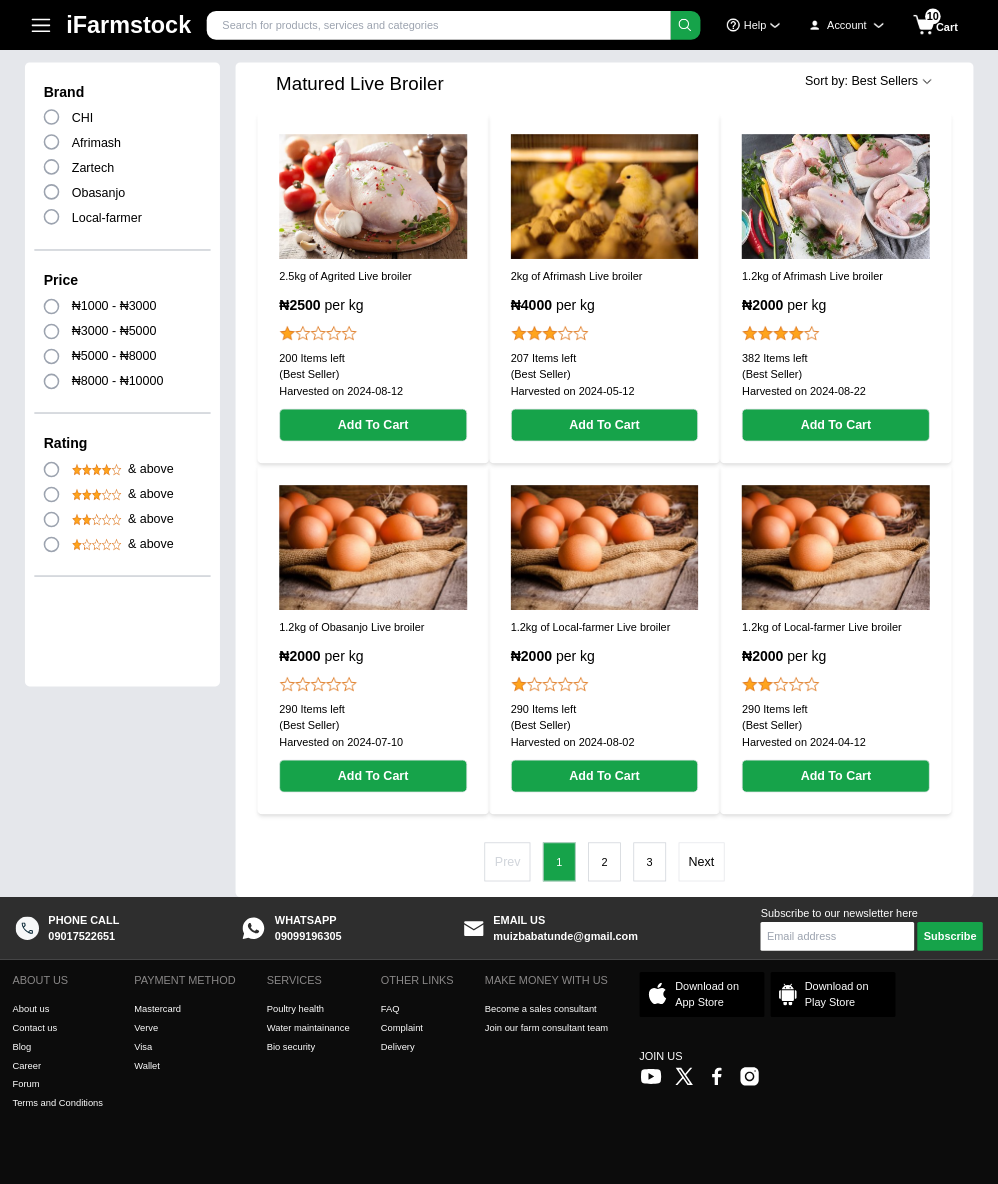
Repository: IssaMuiz/ifarmstock
Page: /matured-broiler
An editor plug-in stored every save of this project. The page is shown before and after the next save, followed by the edit.
The browser window is 1280 px wide. The pictures show the whole page, at 78% of full size.
The project was rebuilt for these pictures with package versions that can differ from the ones it lists, and the page was loaded fresh each time. The framework's server and built-in components were replaced by stand-ins that run in the browser. Also part of the build but not shown: next.config.mjs.

Above is the page before, as saved 2024-09-11 15:13:30.

After the next save:
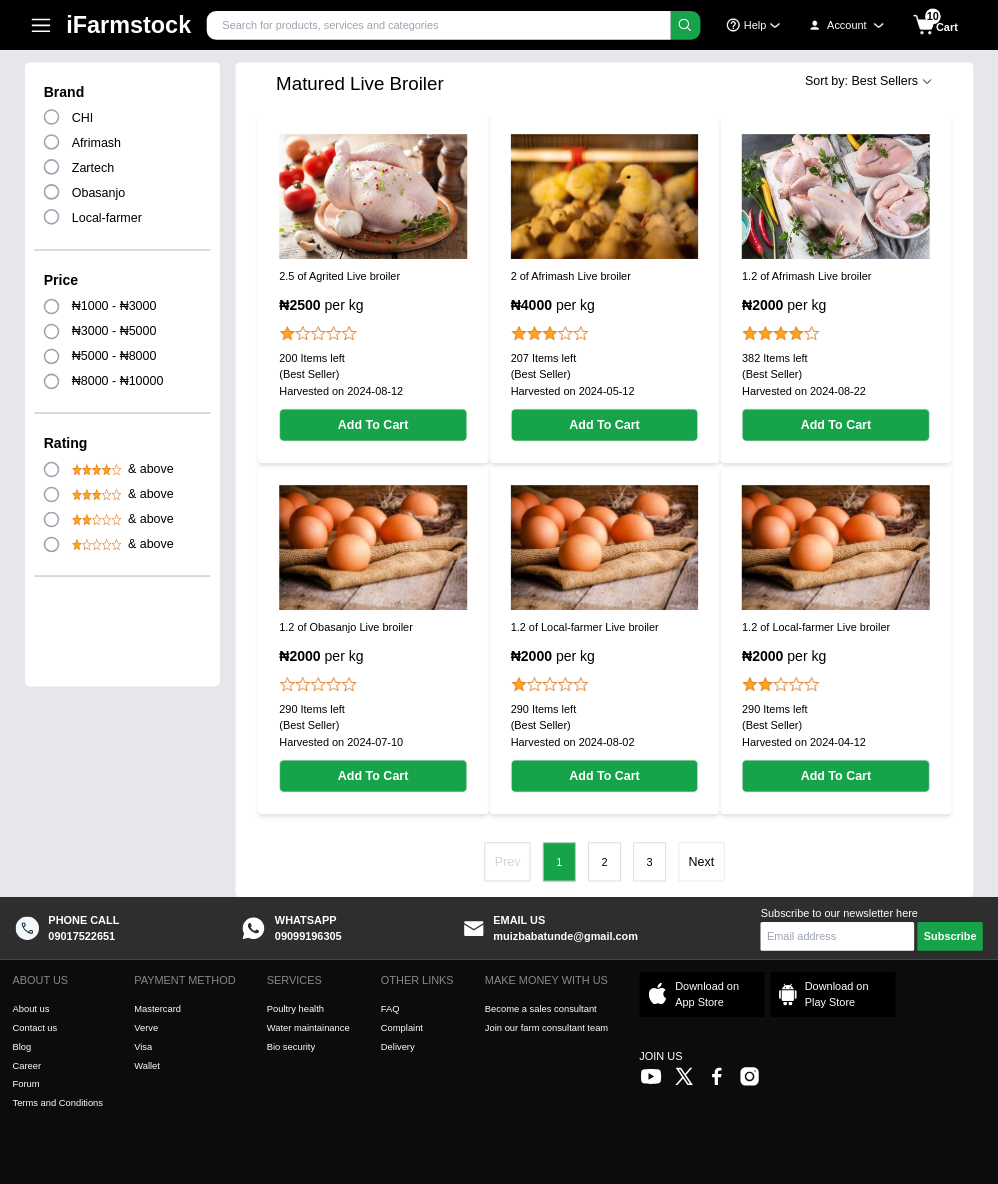
Saved 2 min 44 s later.
--- a/models/broiler.json
+++ b/models/broiler.json
@@ -4,7 +4,7 @@
     "image": "/assets/images/poultry-image1-slider.jpg",
     "name": "Live broiler",
     "Price": 2500,
-    "weight": "2.5kg",
+    "weight": 2.5,
     "rating": 10,
     "itemsLeft": "200",
     "isBestSeller": true,
@@ -16,7 +16,7 @@
     "image": "/assets/images/poultry-image2-slider.jpg",
     "name": "Live broiler",
     "Price": 1800,
-    "weight": "3.2kg",
+    "weight": 3.2,
     "rating": 20,
     "itemsLeft": "320",
     "isBestSeller": false,
@@ -28,7 +28,7 @@
     "image": "/assets/images/poultry-image3-slider.jpg",
     "name": "Live broiler",
     "Price": 4000,
-    "weight": "2kg",
+    "weight": 2,
     "rating": 30,
     "itemsLeft": "207",
     "isBestSeller": true,
@@ -40,7 +40,7 @@
     "image": "/assets/images/poultry-image4-slider.jpg",
     "name": "Live broiler",
     "Price": 2000,
-    "weight": "1.2kg",
+    "weight": 1.2,
     "rating": 40,
     "itemsLeft": "382",
     "isBestSeller": true,
@@ -52,7 +52,7 @@
     "image": "/assets/images/poultry-image5-slider.jpg",
     "name": "Live broiler",
     "Price": 2000,
-    "weight": "1.2kg",
+    "weight": 1.2,
     "rating": 20,
     "itemsLeft": "150",
     "isBestSeller": false,
@@ -64,7 +64,7 @@
     "image": "/assets/images/poultry-image7-slider.jpg",
     "name": "Live broiler",
     "Price": 2000,
-    "weight": "1.2kg",
+    "weight": 1.2,
     "rating": 10,
     "itemsLeft": "493",
     "isBestSeller": false,
@@ -76,7 +76,7 @@
     "image": "/assets/images/poultry-image6-slider.jpg",
     "name": "Live broiler",
     "Price": 2000,
-    "weight": "1.2kg",
+    "weight": 1.2,
     "rating": 0,
     "itemsLeft": "290",
     "isBestSeller": true,
@@ -88,7 +88,7 @@
     "image": "/assets/images/poultry-image6-slider.jpg",
     "name": "Live broiler",
     "Price": 2000,
-    "weight": "1.2kg",
+    "weight": 1.2,
     "rating": 10,
     "itemsLeft": "290",
     "isBestSeller": true,
@@ -100,7 +100,7 @@
     "image": "/assets/images/poultry-image6-slider.jpg",
     "name": "Live broiler",
     "Price": 2000,
-    "weight": "1.2kg",
+    "weight": 1.2,
     "rating": 20,
     "itemsLeft": "290",
     "isBestSeller": true,
@@ -112,7 +112,7 @@
     "image": "/assets/images/poultry-image6-slider.jpg",
     "name": "Live broiler",
     "Price": 2000,
-    "weight": "1.2kg",
+    "weight": 1.2,
     "rating": 30,
     "itemsLeft": "290",
     "isBestSeller": false,
@@ -124,7 +124,7 @@
     "image": "/assets/images/poultry-image6-slider.jpg",
     "name": "Live broiler",
     "Price": 2000,
-    "weight": "1.2kg",
+    "weight": 1.2,
     "rating": 50,
     "itemsLeft": "290",
     "isBestSeller": true,
@@ -136,7 +136,7 @@
     "image": "/assets/images/poultry-image6-slider.jpg",
     "name": "Live broiler",
     "Price": 2000,
-    "weight": "1.2kg",
+    "weight": 1.2,
     "rating": 20,
     "itemsLeft": "290",
     "isBestSeller": false,
@@ -148,7 +148,7 @@
     "image": "/assets/images/poultry-image6-slider.jpg",
     "name": "Live broiler",
     "Price": 2000,
-    "weight": "1.2kg",
+    "weight": 1.2,
     "rating": 30,
     "itemsLeft": "290",
     "isBestSeller": true,
@@ -160,7 +160,7 @@
     "image": "/assets/images/poultry-image6-slider.jpg",
     "name": "Live broiler",
     "Price": 2000,
-    "weight": "1.2kg",
+    "weight": 1.2,
     "rating": 40,
     "itemsLeft": "290",
     "isBestSeller": true,
@@ -172,7 +172,7 @@
     "image": "/assets/images/poultry-image6-slider.jpg",
     "name": "Live broiler",
     "Price": 2000,
-    "weight": "1.2kg",
+    "weight": 1.2,
     "rating": 30,
     "itemsLeft": "290",
     "isBestSeller": true,
@@ -184,7 +184,7 @@
     "image": "/assets/images/poultry-image6-slider.jpg",
     "name": "Live broiler",
     "Price": 2000,
-    "weight": "1.2kg",
+    "weight": 1.2,
     "rating": 0,
     "itemsLeft": "290",
     "isBestSeller": true,
@@ -196,7 +196,7 @@
     "image": "/assets/images/poultry-image6-slider.jpg",
     "name": "Live broiler",
     "Price": 2000,
-    "weight": "1.2kg",
+    "weight": 1.2,
     "rating": 0,
     "itemsLeft": "290",
     "isBestSeller": false,
@@ -208,7 +208,7 @@
     "image": "/assets/images/poultry-image6-slider.jpg",
     "name": "Live broiler",
     "Price": 2000,
-    "weight": "1.2kg",
+    "weight": 1.2,
     "rating": 50,
     "itemsLeft": "290",
     "isBestSeller": false,
@@ -220,7 +220,7 @@
     "image": "/assets/images/poultry-image6-slider.jpg",
     "name": "Live broiler",
     "Price": 2000,
-    "weight": "1.2kg",
+    "weight": 1.2,
     "rating": 0,
     "itemsLeft": "290",
     "isBestSeller": true,
@@ -232,7 +232,7 @@
     "image": "/assets/images/poultry-image6-slider.jpg",
     "name": "Live broiler",
     "Price": 2000,
-    "weight": "1.2kg",
+    "weight": 1.2,
     "rating": 0,
     "itemsLeft": "290",
     "isBestSeller": true,
